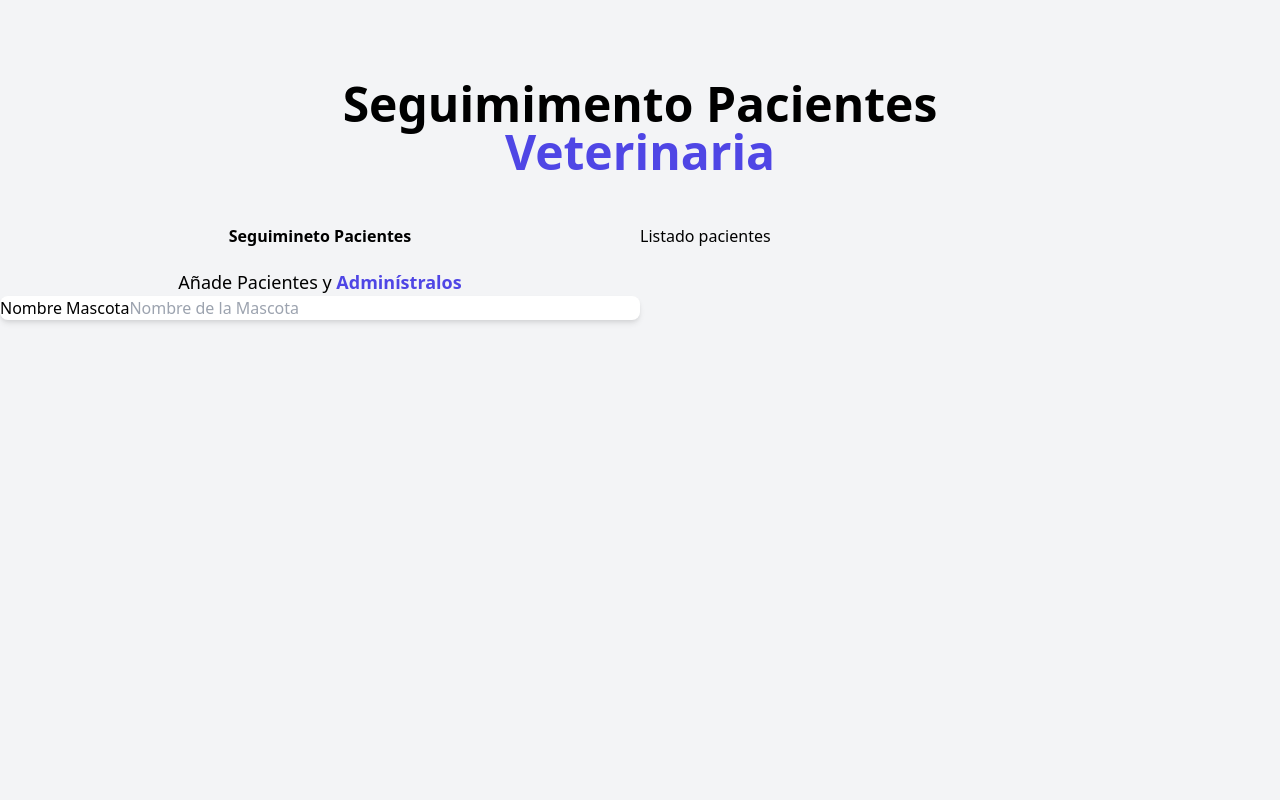
Repository: rlaureano/citas_react
Page: /
These files come from the project's save history. The page is drawn as it stood at one moment and after the next save; the edit follows.
The browser window is 1280 px wide. The pictures show the whole page.
The project was rebuilt for these pictures with package versions that can differ from the ones it lists, and the page was loaded fresh each time. Also part of the build but not shown: vite.config.js.

Above is the page before, as saved 2022-01-11 22:08:56.

### src/App.jsx
import Formulario from "./components/Formulario"
import Header from "./components/Header"
import ListadoPacientes from "./components/ListadoPacientes"

function App() {

  return (
    <div className="container mx-auto mt-20">
      <Header  />
      <div className="mt-12 md:flex">
        <Formulario  />
        <ListadoPacientes />
      </div>
    </div>
  )
}

export default App

### src/components/Formulario.jsx
import React from 'react'

const Formulario = () => {
  return (
    <div className="md:w-1/2 lg:w2/5">

      <h2 className="font-black text-3x1 text-center">Seguimineto Pacientes</h2>

      <p className="text-lg mt-5 text-center">
        Añade Pacientes y {''}
        <span className="text-indigo-600 font-bold text-lg">Adminístralos</span>
      </p>

      <form action="" className="bg-white shadow-md rounded-lg">
        <div>
          <label htmlFor="">Nombre Mascota</label>
          <input
            type="text"
            placeholder="Nombre de la Mascota"
          />
        </div>
      </form>

    </div>
  )
}

export default Formulario

### src/components/Header.jsx
function Header() {
  return (

      <h1 className="font-black text-5xl text-center md:w-2/3 mx-auto">Seguimimento Pacientes {''}
        <span className="text-indigo-600">Veterinaria</span>
      </h1>

  )
}

export default Header

### src/components/ListadoPacientes.jsx
import React from 'react'

const ListadoPacientes = () => {
  return (
    <div className="w-1/2 ld:w-3/5">
      <h2>Listado pacientes</h2>
    </div>
  )
}

export default ListadoPacientes

### tailwind.config.js
module.exports = {
  purge: ["./index.html", "./src/**/*.{jsx}"],
  content: [],
  theme: {
    extend: {},
  },
  plugins: [],
}

Loaded but not shown: index.html (common file); src/main.jsx (common file); src/index.css (common file)

After the next save:
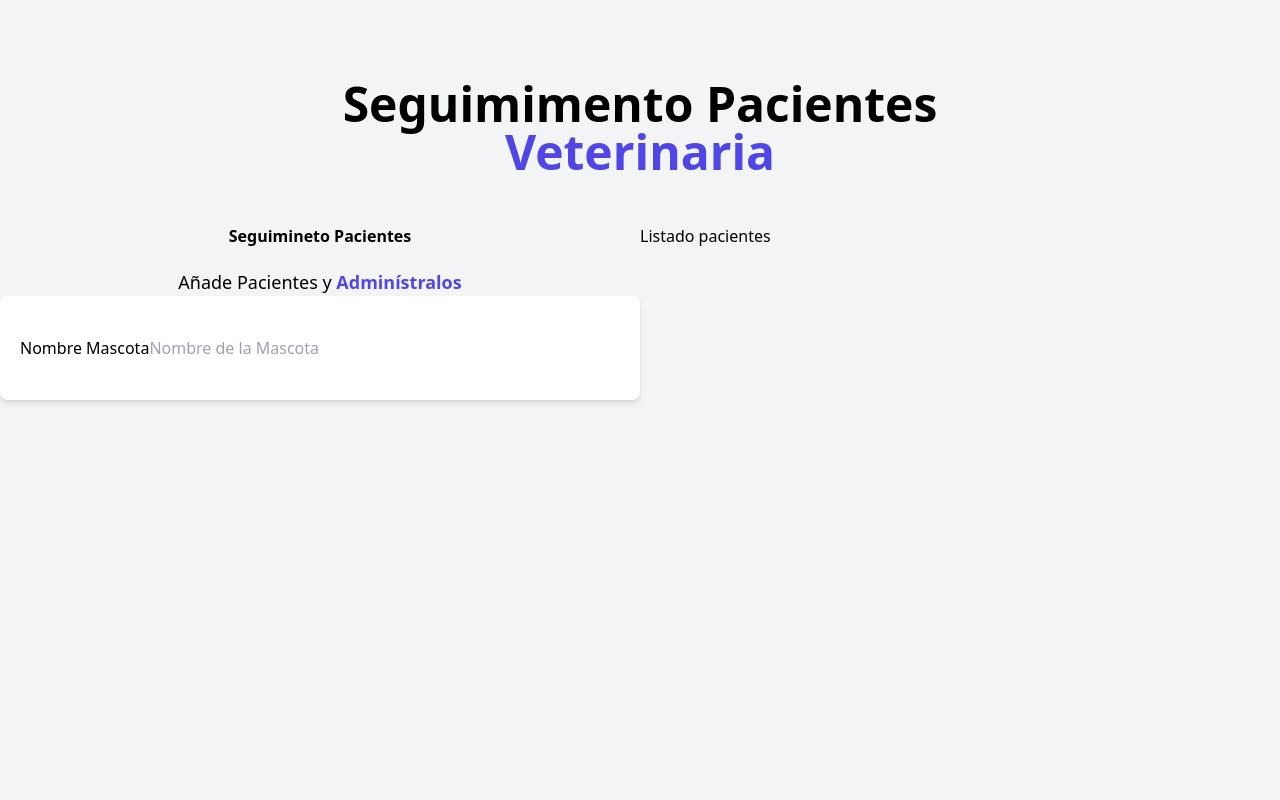
Saved 11 s later.
--- a/src/components/Formulario.jsx
+++ b/src/components/Formulario.jsx
@@ -11,7 +11,7 @@ const Formulario = () => {
         <span className="text-indigo-600 font-bold text-lg">Adminístralos</span>
       </p>
 
-      <form action="" className="bg-white shadow-md rounded-lg">
+      <form action="" className="bg-white shadow-md rounded-lg py-10 px-5">
         <div>
           <label htmlFor="">Nombre Mascota</label>
           <input
